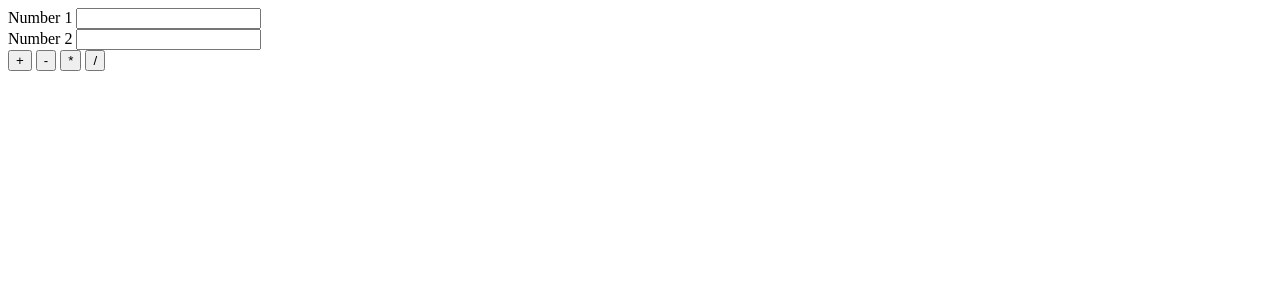
Repository: shikhi7/visatraining
Page: eclipse-workspace/mywebapp/src/main/webapp/prod.html
An editor plug-in stored every save of this project. The page is shown before and after the next save, followed by the edit.
The browser window is 1280 px wide. The pictures show the whole page.

Above is the page before, as saved 2019-07-16 06:39:43.

After the next save:
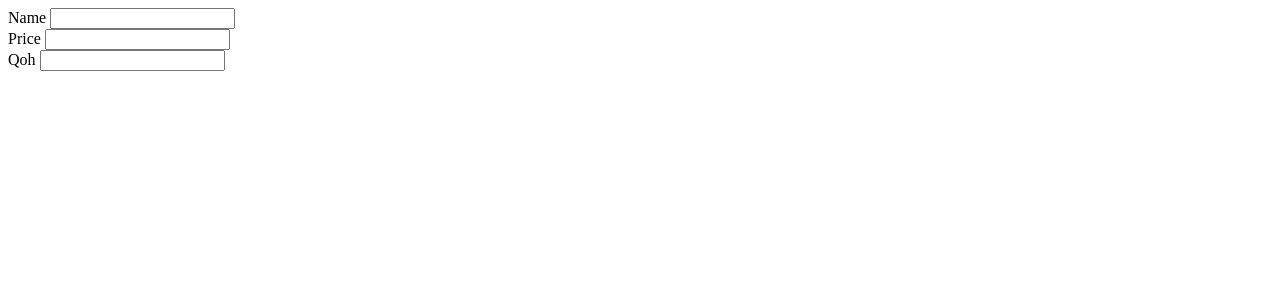
Saved 2 min 6 s later.
--- a/eclipse-workspace/mywebapp/src/main/webapp/prod.html
+++ b/eclipse-workspace/mywebapp/src/main/webapp/prod.html
@@ -5,12 +5,9 @@
 <title>Insert Product</title>
 </head>
 <body>
-<form action="calculator" method="get">
-Number 1 <input name=n1><br>
-Number 2 <input name=n2><br>
-<input name=op value="+" type=submit>
-<input name=op value="-" type=submit>
-<input name=op value="*" type=submit>
-<input name=op value="/" type=submit>
+<form action="insertProd" method="get">
+Name <input name=n1><br>
+Price <input name=n2><br>
+Qoh <input name=n3><br>
 </body>
 </html>
